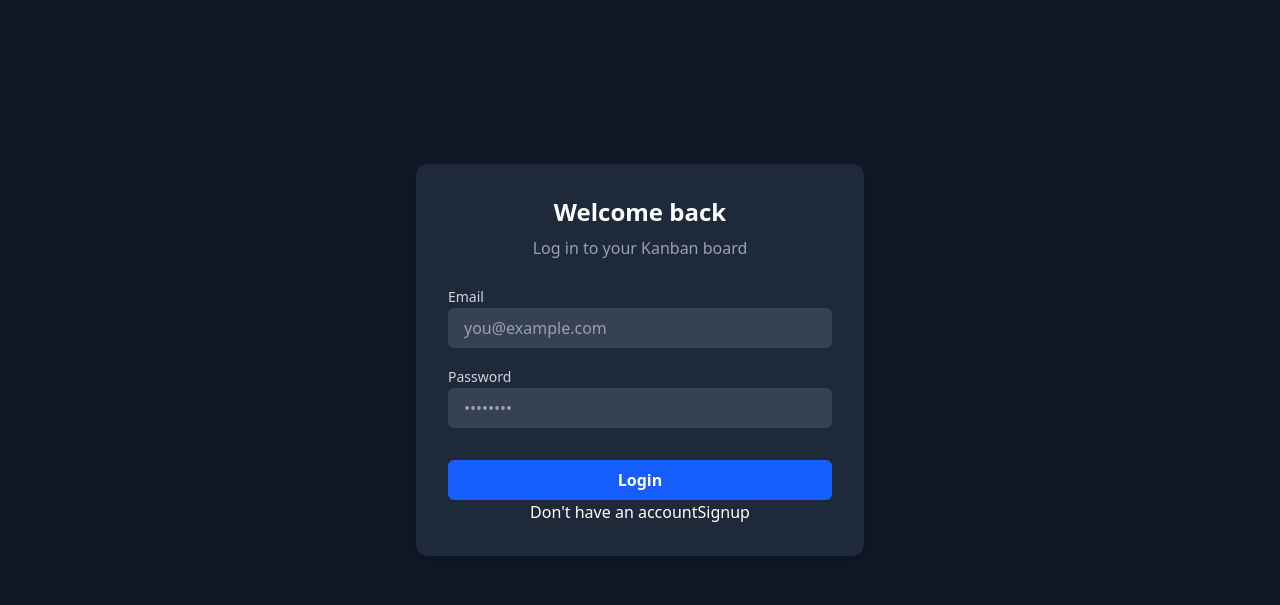
Repository: Reno-mathews/Kanban-Board-MERN
Page: / (app in frontend/)
These files come from the project's save history. The page is drawn as it stood at one moment and after the next save; the edit follows.
The browser window is 1280 px wide. The pictures show the whole page.
The project was rebuilt for these pictures with package versions that can differ from the ones it lists, and the page was loaded fresh each time. Also part of the build but not shown: frontend/vite.config.js, frontend/src/components/TaskCard.jsx, frontend/src/components/Column.jsx, frontend/src/components/SearchBar.jsx, frontend/src/components/AddTaskModal.jsx, frontend/src/components/EditTaskModal.jsx, frontend/src/hooks/useKanbanBoard.js, frontend/src/components/Board.jsx and 1 more.

Above is the page before, as saved 2026-01-29 10:15:14.

After the next save:
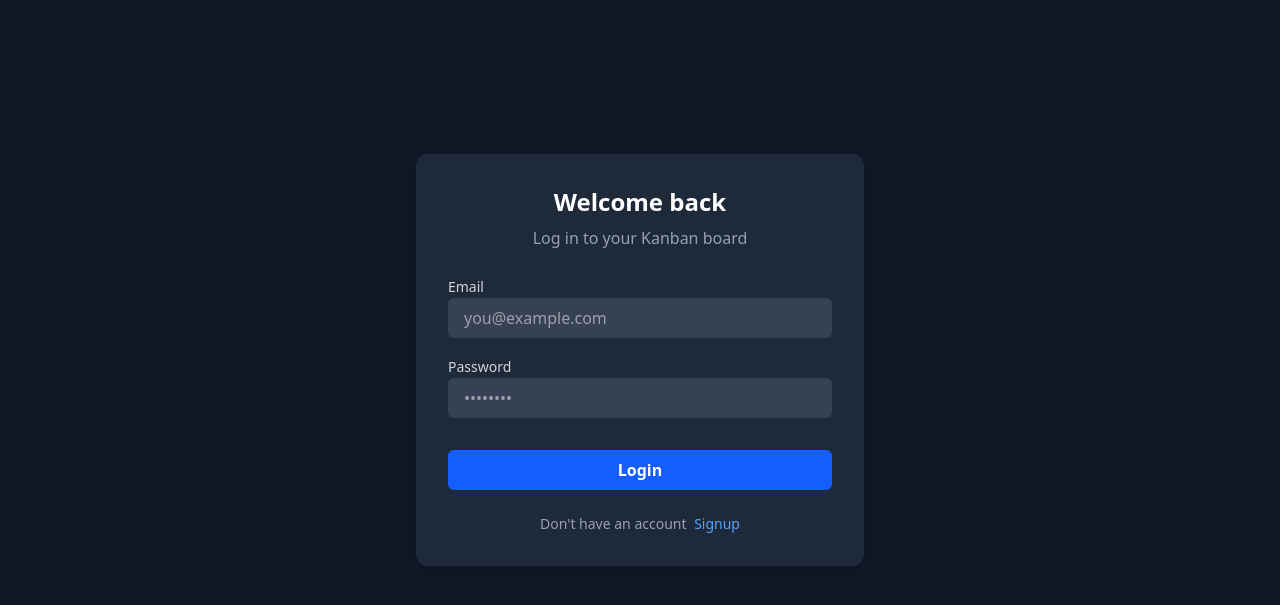
Saved 3 min 41 s later.
--- a/frontend/src/components/AuthForm.jsx
+++ b/frontend/src/components/AuthForm.jsx
@@ -53,11 +53,12 @@ function AuthForm ({
                             </button>
                     </form>
 
-                    <p className="text-center">
-                        {isSignup? "Already have an account?" : "Don't have an account"}
+                    <p className="text-center text-sm text-gray-400 mt-6">
+                        {isSignup? "Already have an account?" : "Don't have an account"}{" "}
                         <button
-                            className=""
+                            type="button"
                             onClick={() => setIsSignUp(!isSignup)}
+                            className="text-blue-400 hover:underline ml-1"
                         >
                             {isSignup? "Login" : "Signup"}
                         </button>
